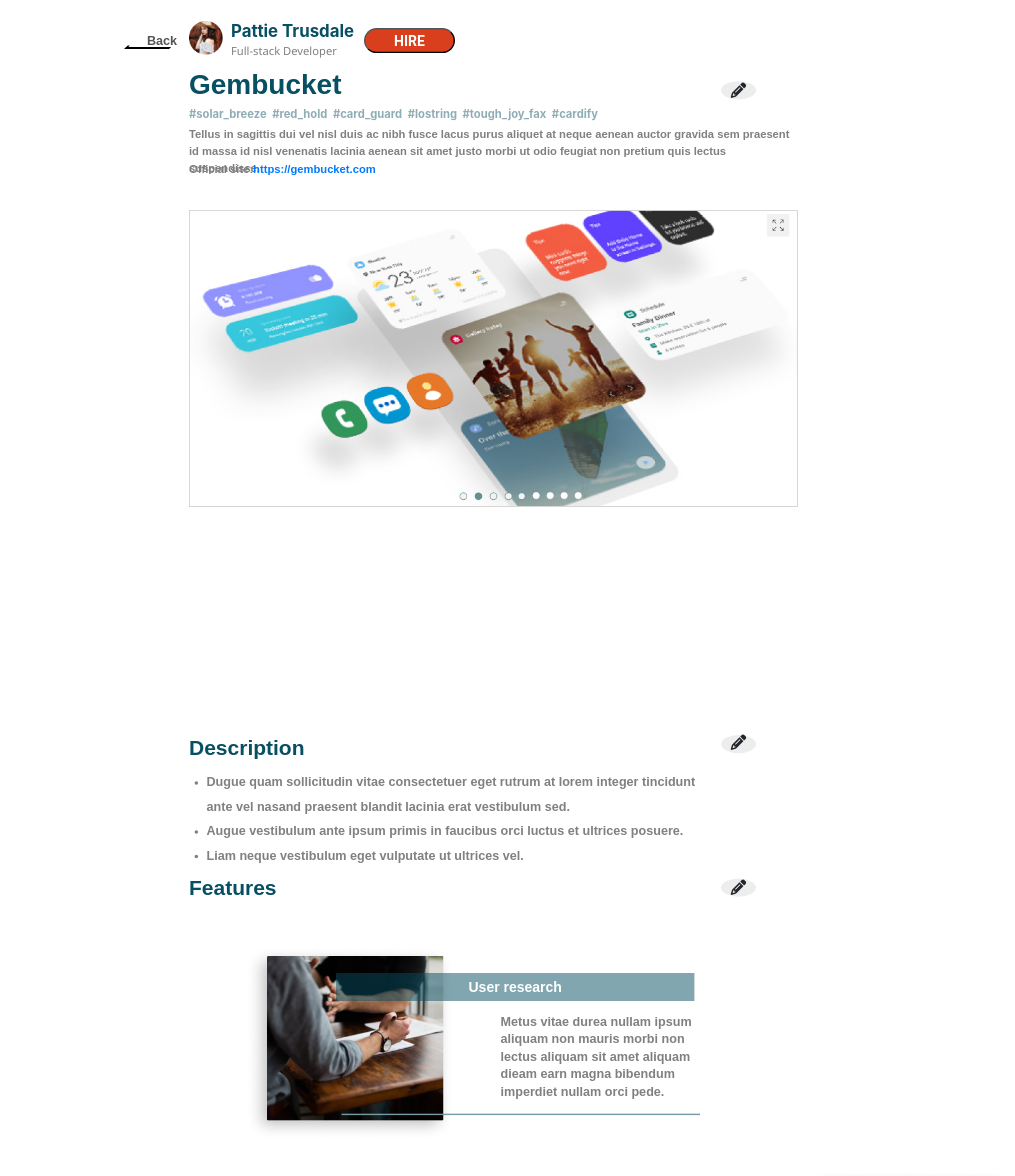
Repository: minhtue510/showcase-react
Page: / (app in Documents/GitHub/showcase/)
These files come from the project's save history. The page is drawn as it stood at one moment and after the next save; the edit follows.
The browser window is 1280 px wide. The page is 1450 px wide, so the pictures cover 1450 px, including what lies to the right of the window. The pictures show the part of the page from y = 0 to 1680 px (the page is 3798 px tall), at 70% of full size.
Some web libraries are served in a nearby version. The project was rebuilt for these pictures with package versions that can differ from the ones it lists, and the page was loaded fresh each time.

Above is the page before, as saved 2023-02-11 21:19:38.

After the next save:
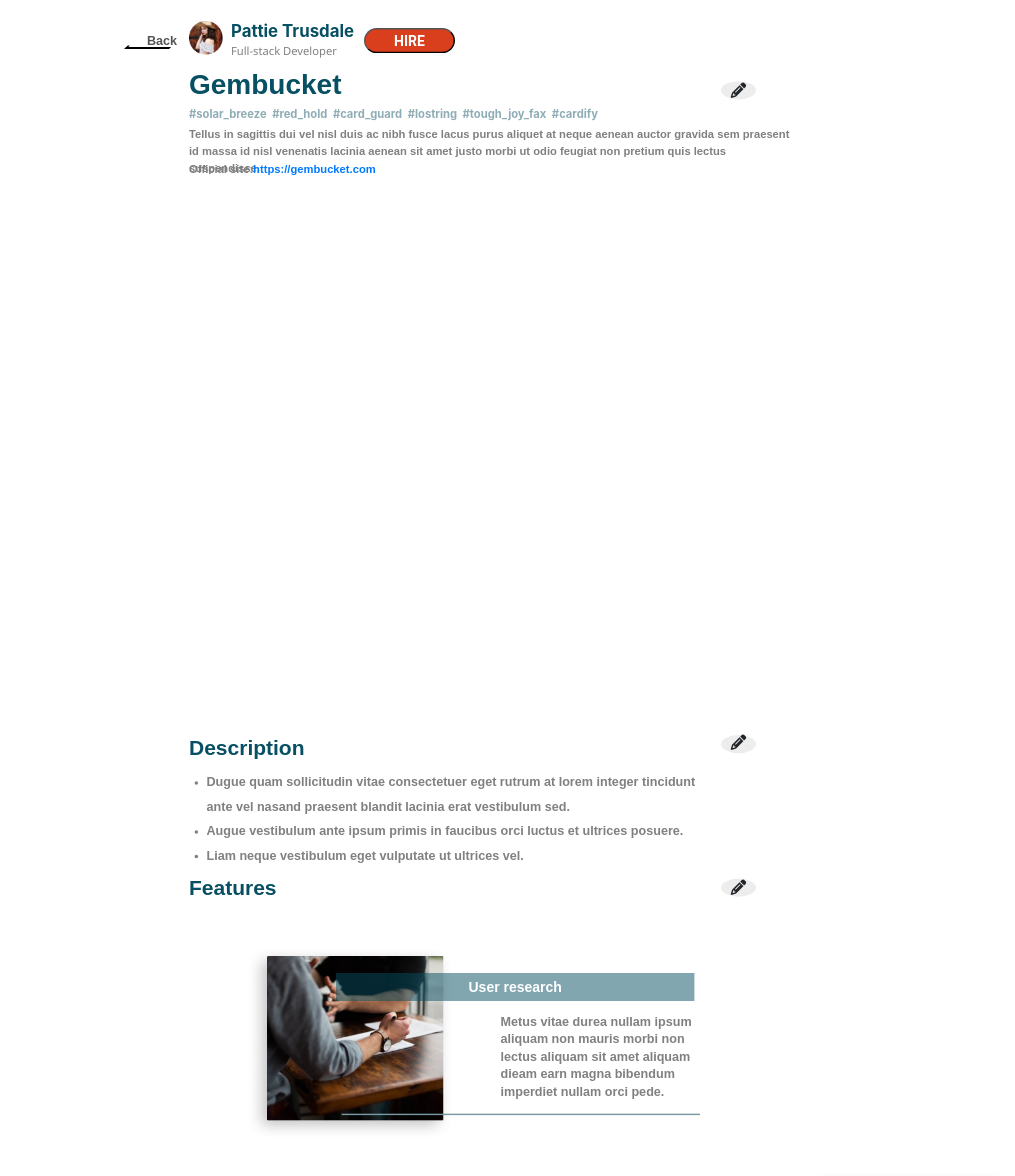
Saved 12 s later.
--- a/Documents/GitHub/showcase/src/components/Content/Content.js
+++ b/Documents/GitHub/showcase/src/components/Content/Content.js
@@ -96,22 +96,7 @@
                 </div>
             </div>
 
-            {/* Slider */}
-            <div class="slider">
-                <div class="slider-img">
-                    <input type="radio" name="slider-input" id="img1" />
-                    <input type="radio" name="slider-input" id="img2" />
-                    <input type="radio" name="slider-input" id="img3" />
-                    <img src={phongcanh1} alt="img1" class="slider-image1" />
 
-                </div>
-                <div class="slider-label">
-                    <label for="img1"></label>
-                    <label for="img2"></label>
-                    <label for="img3"></label>
-                    <label for="img4"></label>
-                </div>
-            </div>
         </div>
     )
 }

After the save that followed:
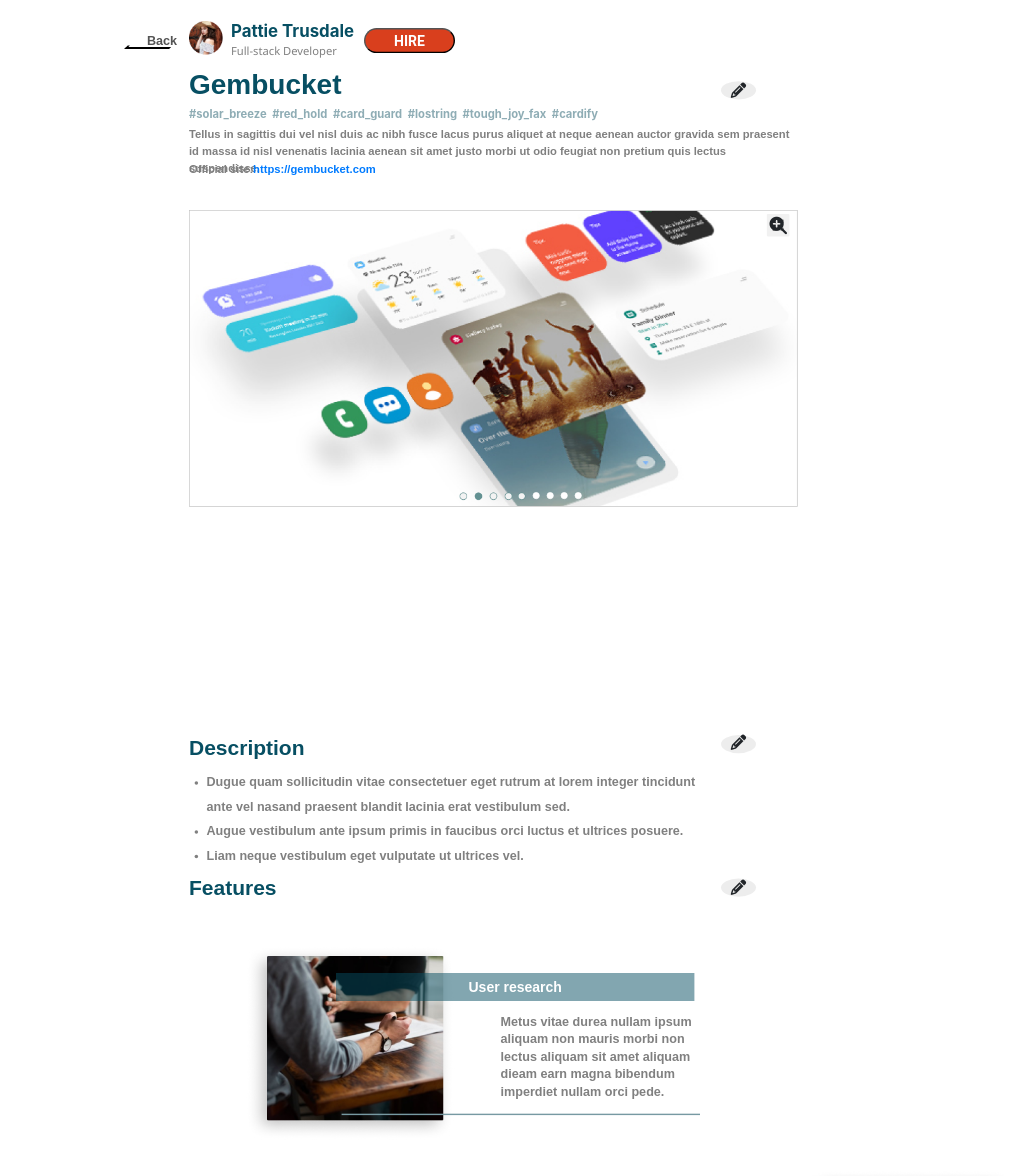
Saved 6 s later.
--- a/Documents/GitHub/showcase/src/components/Content/Content.js
+++ b/Documents/GitHub/showcase/src/components/Content/Content.js
@@ -96,7 +96,22 @@
                 </div>
             </div>
 
-
+            {/* Slider */}
+            <div class="slider">
+                <div class="slider-img">
+                    <input type="radio" name="slider-input" id="img1" />
+                    <input type="radio" name="slider-input" id="img2" />
+                    <input type="radio" name="slider-input" id="img3" />
+                    <img src={phongcanh1} alt="img1" class="slider-image1" />
+                    <i class="fas fa-search-plus zoom-icon"></i>
+                </div>
+                <div class="slider-label">
+                    <label for="img1"></label>
+                    <label for="img2"></label>
+                    <label for="img3"></label>
+                    <label for="img4"></label>
+                </div>
+            </div>
         </div>
     )
 }
